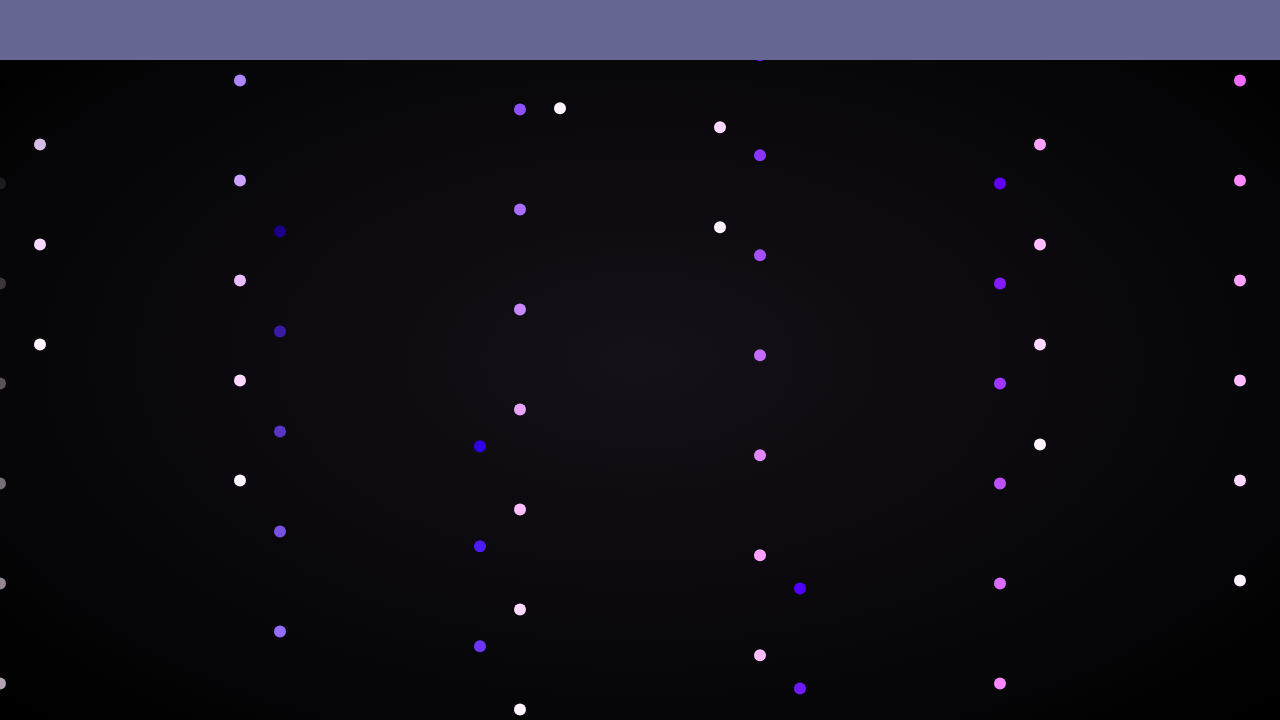
Repository: Iban-del/ProjetBacIban
Page: index.html
An editor plug-in stored every save of this project. The page is shown before and after the next save, followed by the edit.
The browser window is 1280 px wide. The pictures show the whole page.

Above is the page before, as saved 2025-02-19 19:04:50.

After the next save:
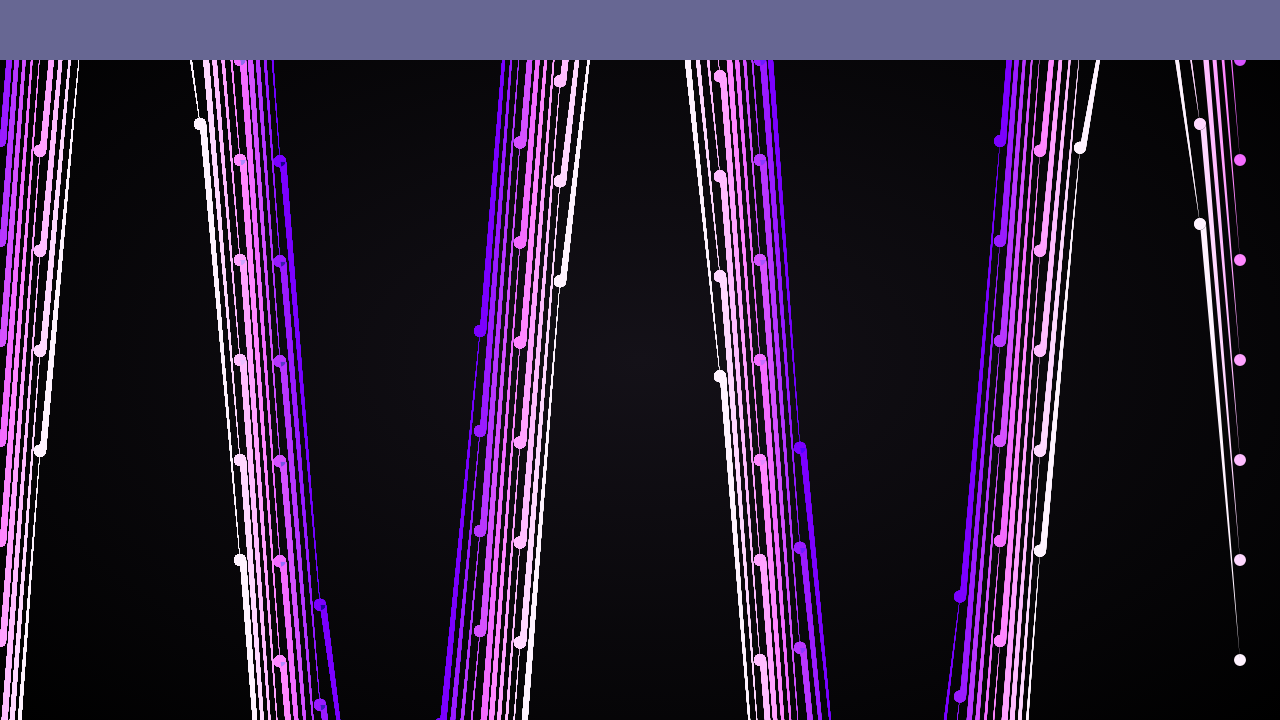
Saved 39 s later.
--- a/js/background.js
+++ b/js/background.js
@@ -63,35 +63,28 @@
  * affichage de la vague
  * @param CanvasRenderingContext2D  ctx
  */
-function drawVague(ctx, canvas, A, steep) {
-    if (!(ctx instanceof CanvasRenderingContext2D)) {
-        console.error("Le contexte fourni n'est pas un CanvasRenderingContext2D.");
-        return;
+function drawVague(ctx,canvas,A){
+
+    if(ctx instanceof CanvasRenderingContext2D){
+
+        let color =0;
+        for(let t = -100;t < window.innerHeight+100;t+= 100){
+            ctx.beginPath();
+            for(let i = 0 ;i < window.innerWidth;i+=40){
+                let x = i
+                let y = vague(x,A)+(t)+(x*0.1);
+                ctx.lineTo(x,y)
+                ctx.moveTo(x,y)
+                ctx.fillStyle=`rgb(${color+(i*.1)},${color*0.9},${color+(i*.49)})`;
+                ctx.arc(x,y,6,0,Math.PI*2,true)
+                ctx.fill();
+            }
+            color+=30;
+        }
+
     }
 
-    // Effacer le canvas
-    ctx.clearRect(0, 0, canvas.width, canvas.height);
 
-    let color = 0;
-
-    // Dessiner la vague
-    for (let t = -100; t < window.innerHeight + 100; t += 100) {
-        for (let i = 0; i < window.innerWidth; i += 40) {
-            let x = i;
-            let y = vague(x, A) + t + (x * 0.1); // Calcul de la position y
-            ctx.beginPath();
-            ctx.fillStyle = `rgb(${color + (i * 0.1)}, ${color * 0.9}, ${color + (i * 0.49)})`;
-            ctx.arc(x, y, 6, 0, Math.PI * 2, true);
-            ctx.fill();
-        }
-        color += 30; // Changer la couleur pour la prochaine ligne
-    }
-
-    // Mettre à jour l'amplitude pour l'animation
-    A += steep;
-
-    // Demander la prochaine frame
-    requestAnimationFrame(() => drawVague(ctx, canvas, A, steep));
 }
 
 /**
@@ -110,7 +103,8 @@
         steep =-1;
     }
 
-    drawVague(ctx,canvas,A+steep,steep)
+    //requestAnimationFrame(animateBackground(ctx,A+steep));
+
 }
 
 

After the 2 saves that followed:
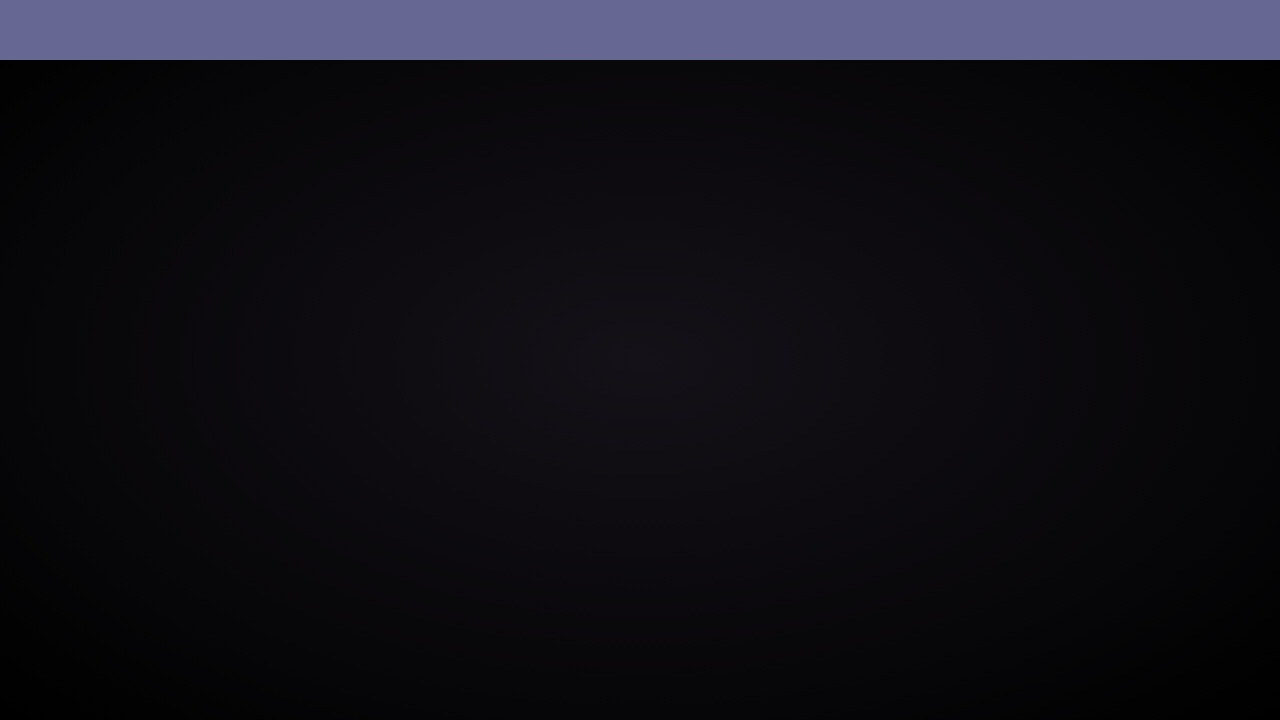
The 2 saves are shown as one change because 1 left the picture as it was.
The last was saved 2 min 6 s later.
--- a/js/background.js
+++ b/js/background.js
@@ -63,10 +63,10 @@
  * affichage de la vague
  * @param CanvasRenderingContext2D  ctx
  */
-function drawVague(ctx,canvas,A){
+function drawVague(ctx,canvas,A,steep){
 
     if(ctx instanceof CanvasRenderingContext2D){
-
+        ctx.clearRect(0, 0, canvas.width, canvas.height);
         let color =0;
         for(let t = -100;t < window.innerHeight+100;t+= 100){
             ctx.beginPath();
@@ -81,6 +81,11 @@
             }
             color+=30;
         }
+
+        A+= steep;
+
+        // Demander la prochaine frame
+        requestAnimationFrame(() => drawVague(ctx, canvas, A, steep));
 
     }
 
